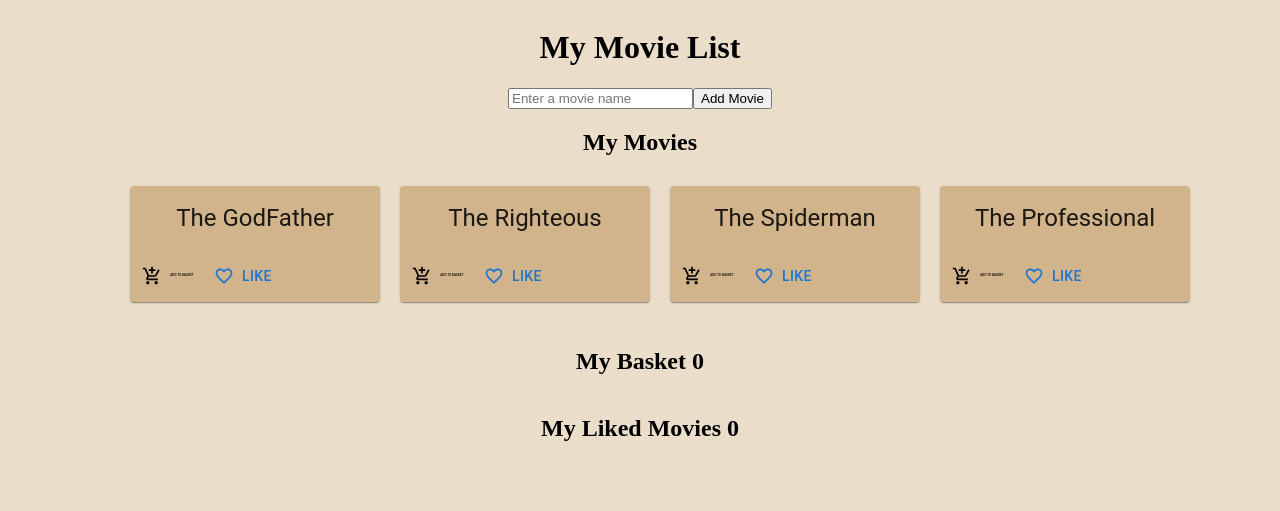
Repository: sinchana-p-iVoyant/redux-movie-store
Page: /
These files come from the project's save history. The page is drawn as it stood at one moment and after a run of saves; the edit follows.
The browser window is 1280 px wide. The pictures show the whole page.
The project was rebuilt for these pictures with package versions that can differ from the ones it lists, and the page was loaded fresh each time. Also part of the build but not shown: vite.config.ts.

Above is the page before, as saved 2024-02-15 12:34:36.

After the next 3 saves:
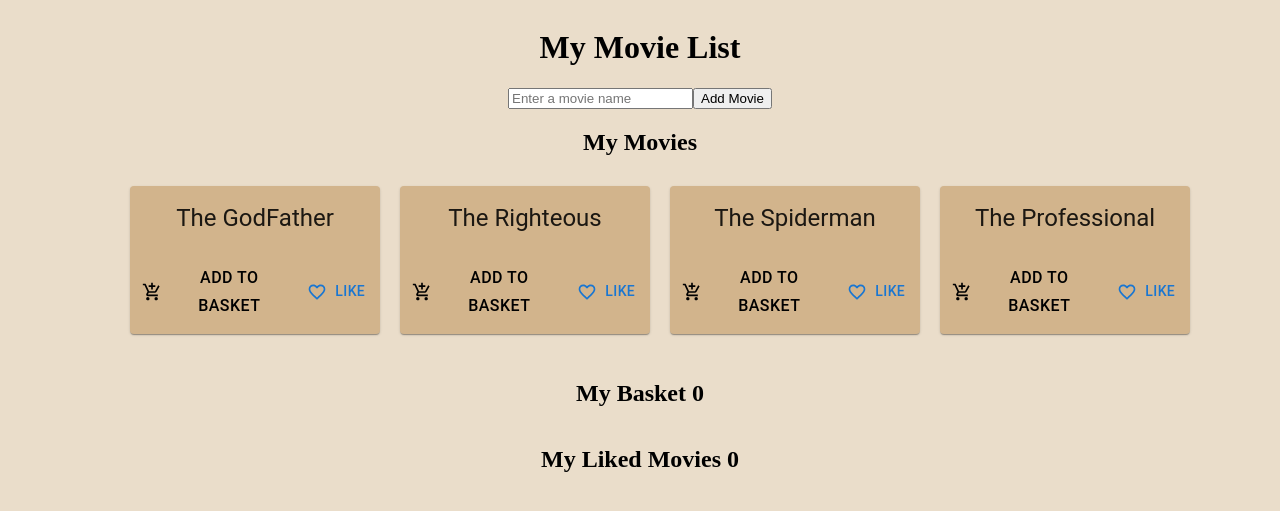
The 3 saves are shown as one change because they came seconds apart.
The last was saved 10 s later.
--- a/src/App.tsx
+++ b/src/App.tsx
@@ -81,7 +81,7 @@ const App = () => {
               </CardContent>
 
               <CardActions >
-                <Button style={{ color: 'black', fontSize: '3px' }}
+                <Button style={{ color: 'black', fontSize: '1rem' }}
                   startIcon={movie.inBasket ? <RemoveShoppingCart /> : <AddShoppingCart />}
                   onClick={() => handleAddToBasket(movie.title)}>
                   {movie.inBasket ? "Remove From Basket" : "Add To Basket"}
